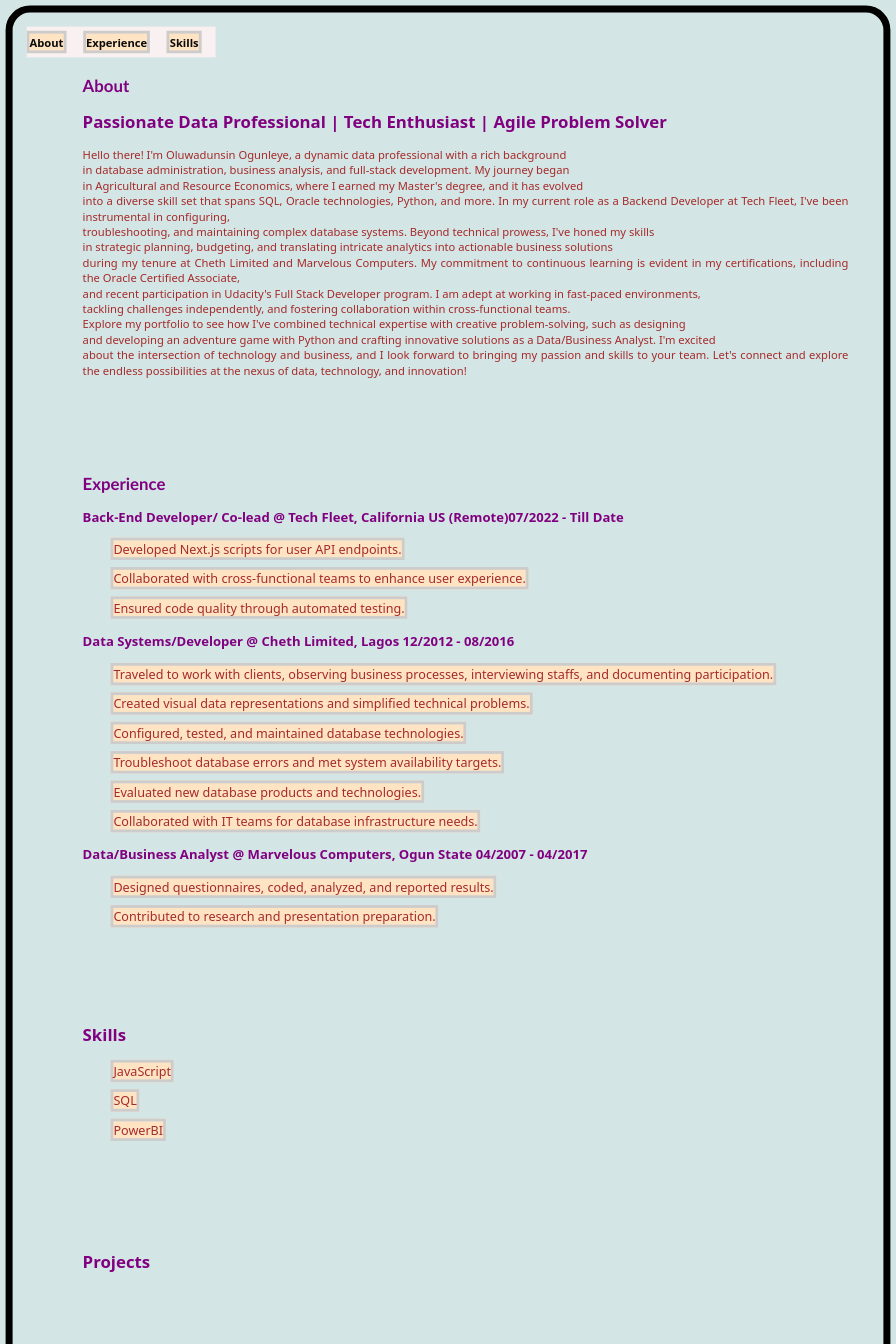
Repository: aloroduns/intro-to-programming-2023
Page: index.html
The author's editor kept a copy of each file at every save. The page is drawn from the files as they stood at one save, then again after a run of saves.
The browser window is 1280 px wide. The pictures show the part of the page from y = 0 to 1920 px (the page is 2739 px tall before and 2717 px after), at 70% of full size.
The page's requests for data from a server got no answer.

Above is the page before, as saved 2024-01-23 12:08:58.

### index.html
<!DOCTYPE html>
<html>
    <head>
        <meta charset="utf-8">
        <meta http-equiv="X-UA-Compatible" content="IE=edge">
        <title>My Portfolio Page</title>
        <meta name="description" content="">
        <meta name="viewport" content="width=device-width, initial-scale=1">
        <link rel="stylesheet" href="./index.css">
    </head>
    <body>
        <header>
            <nav>
                <ul>
                    <li><a href="#about">About</a></li>
                    <li><a href="#experience">Experience</a></li>
                    <li><a href="#skills">Skills</a></li>
                </ul>
            </nav>
        </header>
        <section id="about">

        <h1>About</h1>
        <p>
        <h2>Passionate Data Professional | Tech Enthusiast | Agile Problem Solver</h2>

            Hello there! I'm Oluwadunsin Ogunleye, a dynamic data professional with a rich background <br>
            in database administration, business analysis, and full-stack development. My journey began<br>
            in Agricultural and Resource Economics, where I earned my Master's degree, and it has evolved<br>
            into a diverse skill set that spans SQL, Oracle technologies, Python, and more.

            In my current role as a Backend Developer at Tech Fleet, I've been instrumental in configuring,<br>
            troubleshooting, and maintaining complex database systems. Beyond technical prowess, I've honed my skills<br>
            in strategic planning, budgeting, and translating intricate analytics into actionable business solutions <br>
            during my tenure at Cheth Limited and Marvelous Computers.

            My commitment to continuous learning is evident in my certifications, including the Oracle Certified Associate,<br>
            and recent participation in Udacity's Full Stack Developer program. I am adept at working in fast-paced environments,<br>
            tackling challenges independently, and fostering collaboration within cross-functional teams.<br>

            Explore my portfolio to see how I've combined technical expertise with creative problem-solving, such as designing<br>
            and developing an adventure game with Python and crafting innovative solutions as a Data/Business Analyst. I'm excited<br>
            about the intersection of technology and business, and I look forward to bringing my passion and skills to your team.

            Let's connect and explore the endless possibilities at the nexus of data, technology, and innovation!

        </p>
        </section>

        <section id="experience">

        <h1>
            Experience
        </h1>
            <div id="experience-items">

                <h3>Back-End Developer/ Co-lead @ Tech Fleet, California US (Remote)07/2022 - Till Date</h3>
                <ul>
                <li>Developed Next.js scripts for user API endpoints.<br>
                <li>Collaborated with cross-functional teams to enhance user experience.<br>
                <li>Ensured code quality through automated testing.<br>
                </ul>
            </div>

            <div id="experience-items">

                <h3>Data Systems/Developer @ Cheth Limited, Lagos 12/2012 - 08/2016</h3>
                <ul>
                <li>Traveled to work with clients, observing business processes, interviewing staffs,
                and documenting participation.<br>
                <li>Created visual data representations and simplified technical problems.<br>
                <li>Configured, tested, and maintained database technologies.<br>
                <li>Troubleshoot database errors and met system availability targets.<br>
                <li>Evaluated new database products and technologies.<br>
               <li>Collaborated with IT teams for database infrastructure needs.<br>
                </ul>
            </div>

            <div id="experience-items">

                 <h3>Data/Business Analyst @ Marvelous Computers, Ogun State 04/2007 - 04/2017</h3>
                <ul>
                 <li> Designed questionnaires, coded, analyzed, and reported results.<br>
                <li>Contributed to research and presentation preparation.<br>
                </li>
                </ul>
            </div>

        </section>
        <section id="skills">
            <h2>Skills</h2>
                <ul>


                </ul>

        </section>
        <section id="projects">
            <h2>
                Projects
            </h2>

                <ul>

                </ul>

        </section>
        <section id="leave a message">
            <h2>
                Leave a message
            </h2>
            <form name="leave_message">
                <input type="text" name="userName" placeholder="Name">
                <input type="email" name="usersEmail" placeholder="Email">
                <textarea name="usersMessage" placeholder="Message"></textarea>
                <input type="submit" value="Submit">
            </form>
        </section>
        <section id="messages">
            <h2>
                Messages
            </h2>
            <ul>

            </ul>
        </section>
        <h1>Connect</h1>
        <a href="mailto:o.oluwadunsin@yahoo.com">Email</a><br>
        <a href="https://github.com/aloroduns">Github</a><br>
        <a href="https://www.linkedin.com/in/oluwadunsinogunleye/">LinkedIn</a><br>
        <footer>


        </footer>
        <script src="./index.js" type="text/javascript"></script>

    </body>
</html>

### index.css
@import url('https://fonts.googleapis.com/css?family=Roboto|Open+Sans');
body{
    border: 10px solid black;
    border-radius: 35px;
    padding: 20px;
    text-align: justify;
    background-color:rgb(212, 229, 229);
    color:brown;
    font-family: system-ui, -apple-system, BlinkMacSystemFont, 'Segoe UI', Roboto, Oxygen, Ubuntu, Cantarell, 'Open Sans', 'Helvetica Neue', sans-serif;
}

h1{
    font-family:'Gill Sans', 'Gill Sans MT', Calibri, 'Trebuchet MS', sans-serif;
}

section{
    padding-top: 50px;
    padding-right: 30px;
    padding-bottom: 50px;
    padding-left: 80px;
}

h1, h2, h3, h4, h5, h6 {
    color: purple;
    font: size 20px;
    font-weight:bold;
}

ul li {
    display: block;
    height:auto;
    background-color: bisque;
    border: 4px solid #ccc;
    margin-bottom:10px;
    font-size: 18px;
    text-align: center;
    width:fit-content;
}

input[type=text], input[type=email], textarea, select{
    font-size: medium;
    color: black;
    padding: 10px;
    border: 1px solid #ccc;
    margin-top: 6px;
    margin-bottom: 16px;
    resize: vertical;
}

input[type=submit]:hover {
    opacity:1;
}

header{
    background-color: hsl(0, 40%, 96%);
    padding:10px 0;
    position: fixed;
}

nav ul {
    list-style-type: none;
    margin: 0;
    padding: 0;
}

nav li {
    display: inline;
    margin-right: 20px;
}

nav a {
    text-decoration: none;
    color: rgb(11, 11, 11);
    font-weight: bold;
    font-size:16px;
}

nav a:hover {
    color:#383004;
}

.experience {
    display: flex;
    flex-wrap: wrap;
}

.experience-item {
    flex: 1;
    margin: 10px;
}

form {
    display: grid;
    grid-template-columns: 1fr;
    gap: 10px;
    width:fit-content
}

/* Add some basic styling to the "Projects" section */
#projects {
    margin-top: 20px;
}

/* Style the list items within the "Projects" section */
#projects ul {
    display: flex;
    flex-wrap: wrap;
    justify-content: space-between;
    list-style: none;
    padding: 0;
}

#projects li {
    margin-bottom: 10px;
    flex: 1 0 21%;
    margin: 1%;
    box-sizing: border-box;
    padding: 10px;
    border: 1px solid hsl(0, 55%, 44%);
    border-radius: 5px;
    width:200px;
    min-height: 150px;
}

/* Style the anchor element within the list items */
#projects li a {
    text-decoration: none;
    color: #007BFF;
    font-weight: bold;
}

/* Style the paragraphs within the list items */
#projects li p {
    margin: 5px 0;
    color: #de6a6a;
}

/* Styles for tablet */
@media screen and (max-width: 768px) {
    body {
        background-color: lightgray;
    }
}

/* Styles for mobile */
@media screen and (max-width: 480px) {
    body {
        background-color: lightyellow;
    }

}

### index.js
const today = new Date();
const thisYear = today.getFullYear();
const footer = document.querySelector('footer');
const copyright = document.createElement('p');

const skills = ['JavaScript', 'SQL', 'PowerBI'];
const skillsSection = document.getElementById('skills');
const skillsList = skillsSection.querySelector('ul');

for (let i = 0; i < skills.length; i++) {
    const listItem = document.createElement('li');
    listItem.textContent = skills[i];
    skillsList.appendChild(listItem);
}
window.onload = function() {
var messageForm = document.getElementsByName("leave_message")[0];
messageForm.addEventListener("submit", function(event) {
    event.preventDefault();
    var name = event.target.userName.value;
    var email = event.target.usersEmail.value;
    var message = event.target.usersMessage.value;
    console.log(name, email, message);

    var messageSection = document.getElementById("messages");
    var messageList = messageSection.querySelector("ul");
    var newMessage = document.createElement("li");

    var userLink = document.createElement("a");
    userLink.href = "mailto:" + email;
    userLink.textContent = name;
    newMessage.appendChild(userLink);

    var messageSpan = document.createElement("span");
    messageSpan.textContent = message;
    newMessage.appendChild(messageSpan);

    var removeButton = document.createElement("button");
    removeButton.innerText = "remove";
    removeButton.type = "button";
    removeButton.addEventListener("click", function() {
        var entry = removeButton.parentNode;
        entry.remove();
    });
    newMessage.appendChild(removeButton);

    var editButton = document.createElement("button");
    editButton.innerText = "edit";
    editButton.type = "button";
    editButton.addEventListener("click", function() {
        var entry = editButton.parentNode;
        var newMessage = prompt("Enter new message:");
        if (newMessage) {
            entry.querySelector("span").textContent = newMessage;
        }
    });


    newMessage.appendChild(editButton);

    messageList.appendChild(newMessage);
});
}

copyright.innerHTML = `Oluwadunsin Ogunleye © ${thisYear}`;
footer.appendChild(copyright);

fetch('https://api.github.com/users/aloroduns/repos')
.then(response => response.json())
.then(repositories => {
    console.log(repositories);

    var projectSection = document.getElementById('projects');
    var projectList = projectSection.querySelector('ul');

    for (var i = 0; i < repositories.length; i++) {
        var project =  document.createElement('li');

        var projectLink = document.createElement('a');
        projectLink.href = repositories[i].html_url;
        projectLink.textContent = repositories[i].name;
        project.appendChild(projectLink);

        var description = document.createElement('p');
        description.textContent = repositories[i].description;
        project.appendChild(description);

        var creationDate = document.createElement('p');
        creationDate.textContent = 'Created on' + new Date(repositories[i].created_at).toLocaleDateString();
        project.appendChild(creationDate);

        projectList.appendChild(project);
    }
})

.catch(error => console.error('Error:', error));

After the next 7 saves:
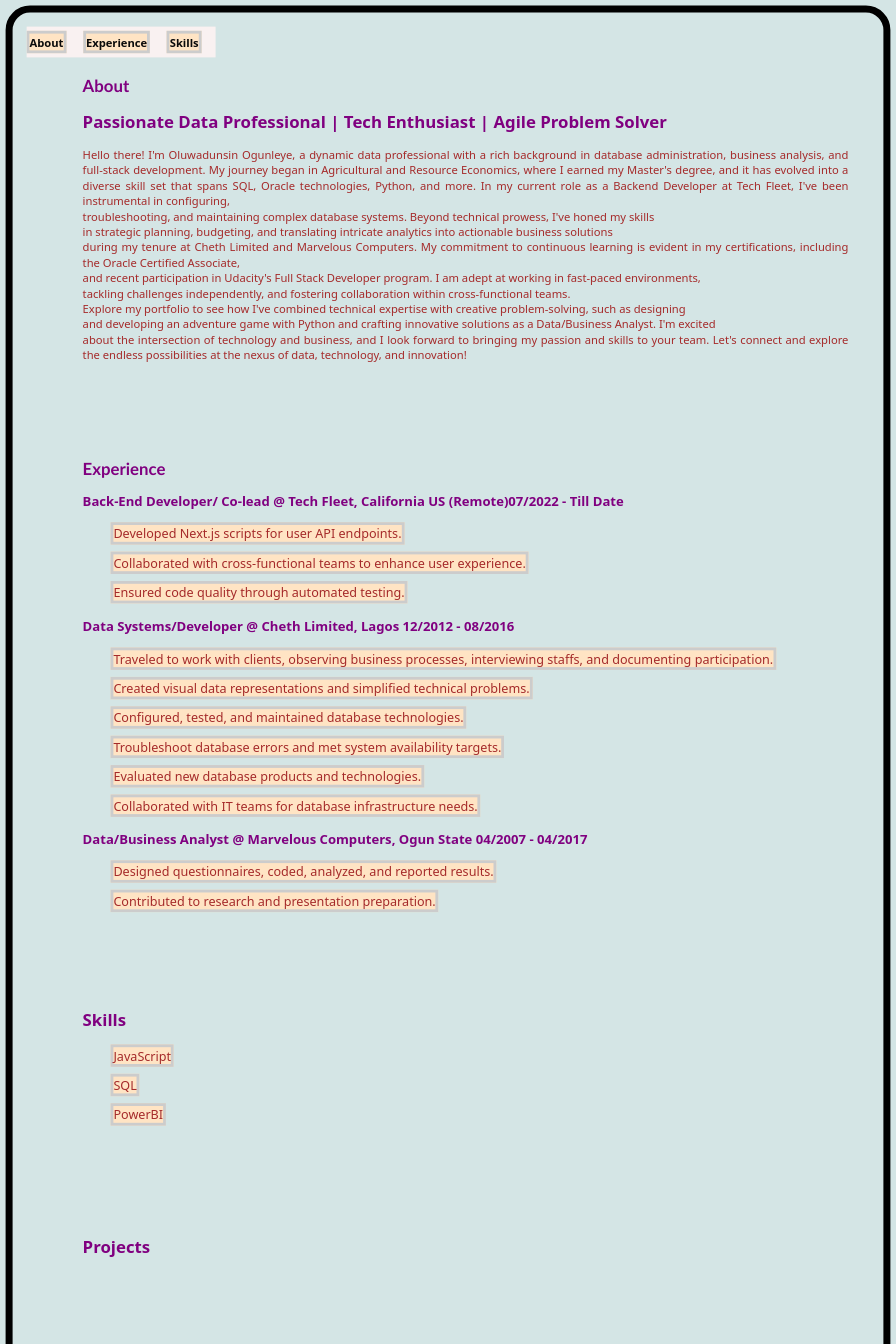
The 7 saves are shown as one change because they came seconds apart.
The last was saved 3 min 22 s later.
--- a/index.html
+++ b/index.html
@@ -24,9 +24,9 @@
         <p>
         <h2>Passionate Data Professional | Tech Enthusiast | Agile Problem Solver</h2>
 
-            Hello there! I'm Oluwadunsin Ogunleye, a dynamic data professional with a rich background <br>
-            in database administration, business analysis, and full-stack development. My journey began<br>
-            in Agricultural and Resource Economics, where I earned my Master's degree, and it has evolved<br>
+            Hello there! I'm Oluwadunsin Ogunleye, a dynamic data professional with a rich background
+            in database administration, business analysis, and full-stack development. My journey began
+            in Agricultural and Resource Economics, where I earned my Master's degree, and it has evolved
             into a diverse skill set that spans SQL, Oracle technologies, Python, and more.
 
             In my current role as a Backend Developer at Tech Fleet, I've been instrumental in configuring,<br>
